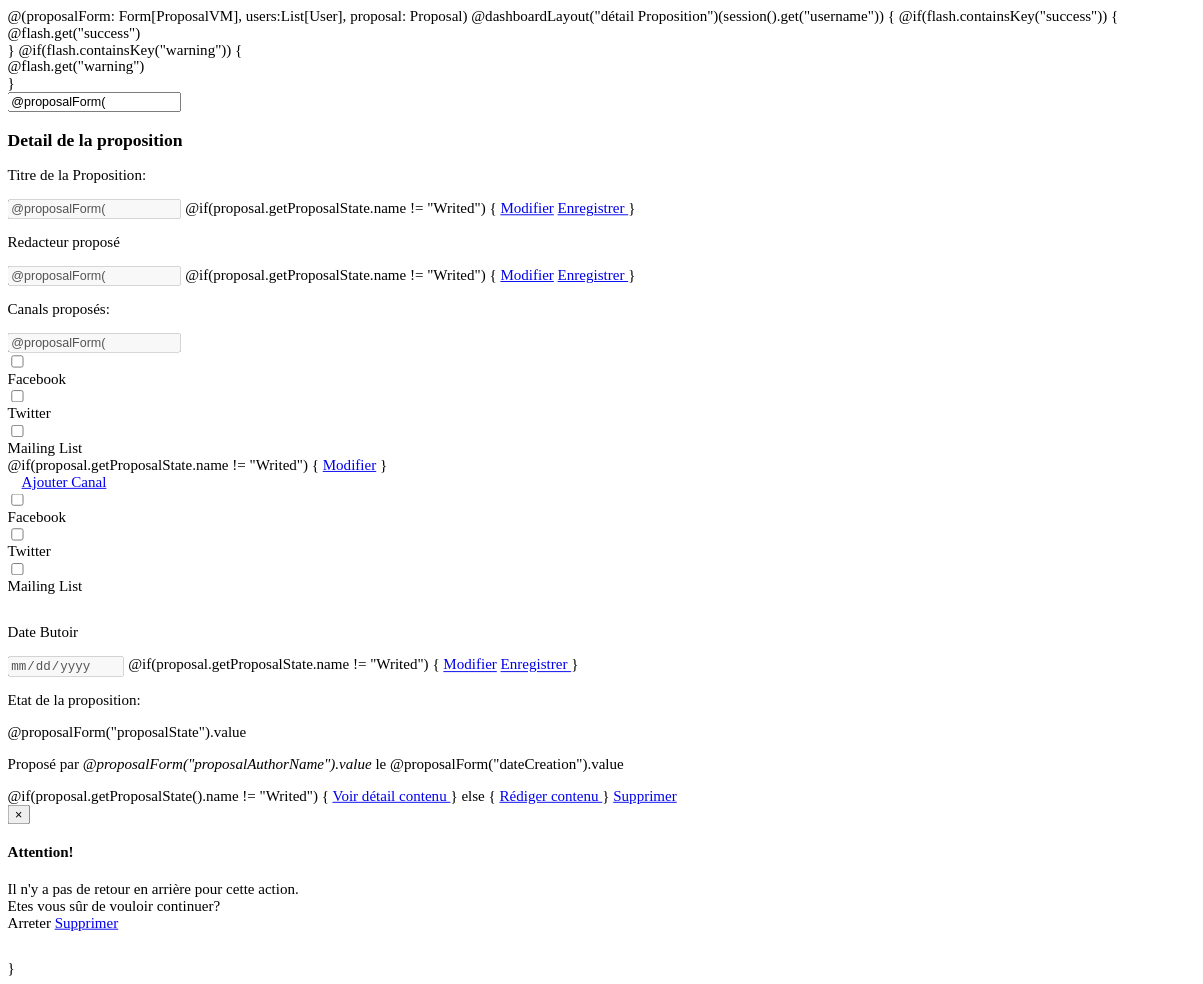
Repository: spirale-software/labo_master
Page: Application/oneDotCom/app/views/proposalDetail.scala.html
An editor plug-in stored every save of this project. The page is shown before and after the next save, followed by the edit.
The browser window is 1280 px wide. The pictures show the whole page, at 94% of full size.

Above is the page before, as saved 2017-04-18 13:05:38.
Console error: SyntaxError: Invalid or unexpected token

### Application/oneDotCom/app/views/proposalDetail.scala.html
@(proposalForm: Form[ProposalVM], users:List[User], proposal: Proposal)

@dashboardLayout("détail Proposition")(session().get("username")) {
	<meta content="text/html; charset=UTF-8" http-equiv="Content-Type">

	@if(flash.containsKey("success")) {
		<div class="alert alert-success" role="alert"> @flash.get("success") </div>
	}
	@if(flash.containsKey("warning")) {
		<div class="alert alert-warning" role="alert"> @flash.get("warning") </div>
	}

	<div class="hidden" role="alert" id="idFlash"></div>

	<form action="@routes.ProposalController.editProposalAction()" method="post" id="formId">

		 <input type="text" class="hidden" value="@proposalForm("idProposal").value"  name="@proposalForm("idProposal").name" >

	 <div class="panel panel-default detail-proposal-style">
                <div class="panel-heading">
                    <h3 class="panel-title">Detail de la proposition</h3>
                </div>
                <div class="panel-body">
                    <div class="panel panel-default" style="margin-top: 10px">
                        <div class="panel-body">
                            <p class="col-lg-3 col-md-3 ">Titre de la Proposition: </p>
                            <input type="text" class="col-lg-6 col-md-6" id="titleId" disabled
                            	value="@proposalForm("proposalName").value"  name="@proposalForm("proposalName").name">

                            @if(proposal.getProposalState.name != "Writed")	{
	                            <a class="col-lg-3 col-md-3 " href="#" onclick ="enabledTitle()" id="idEditTitle">Modifier</a>
	                            <a class="hidden" href="#" onclick ="saveTitle()" id="idSaveTitle">
	                            	Enregistrer
	                            </a>
                            }

                        </div>
                    </div>

                    <div class="panel panel-default">
                        <div class="panel-body">

                        	<p class="col-lg-3 col-md-3 ">Redacteur proposé </p>
                            <input type="text" class="col-lg-6 col-md-6" id="writerId" disabled value = "@proposalForm("proposedWriter").value"
                            	name = "@proposalForm("proposedWriter").name" list="suggestions">

                            	@if(proposal.getProposalState.name != "Writed")	{
		                            <a class="col-lg-3 col-md-3 " href="#" onclick ="enabledWriter()" id="idEditWriter">Modifier</a>
		                            <a class="hidden" href="#" onclick ="saveWriter()" id="idSaveWriter">
		                            	Enregistrer
		                            </a>
                            	}


                            <datalist id="suggestions">
                    			@for(user <- users) {
                    				<option value="@user.getUsername()   < @user.getEmail() >">
                    			}
                    		</datalist>

                        </div>
                    </div>


                    <div class="panel panel-default">
                        <div class="panel-body">

                        	<p class="col-lg-3 col-md-3 ">Canals proposés: </p>
                            <input type="text" class="col-lg-6 col-md-6" id="channelsId" disabled
                            	value="@proposalForm("proposedChannels").value"  name="@proposalForm("proposedChannels").name">


                            <div class="row proposal-collapse col-lg-6 col-md-6 hidden" id="listChannels">

							    <div class="input-group">
							      <span class="input-group-addon">
							        <input type="checkbox" name="@proposalForm("facebookProposed").name">
							      </span>
							      <div class=" form-control well well-sm">Facebook</div>
							    </div><!-- /input-group -->

							    <div class="input-group">
							      <span class="input-group-addon">
							        <input type="checkbox" name="@proposalForm("twitterProposed").name">
							      </span>
							      <div class=" form-control well well-sm">Twitter</div>
							    </div><!-- /input-group -->

							    <div class="input-group">
							      <span class="input-group-addon">
							        <input type="checkbox" name="@proposalForm("mailingListProposed").name">
							      </span>
							      <div class=" form-control well well-sm">Mailing List</div>
							    </div><!-- /input-group -->

							</div><!-- /.row -->
                   			@if(proposal.getProposalState.name != "Writed")	{
                            	<a class="col-lg-3 col-md-3" href="#" onclick ="enabledChannelsEdition()">Modifier</a>
                            }

                        </div>
                    </div>


                    <div class="panel panel-default">
                        <div class="panel-body" style="padding-bottom:15px">

                        	<a  role="button" data-toggle="collapse" href="#collapseExample" aria-expanded="false"
                        		aria-controls="collapseExample" style="margin-left:15px;">
  								Ajouter Canal
							</a>

							<div class="collapse" id="collapseExample">

  								<div class="input-group">
							      <span class="input-group-addon">
							        <input type="checkbox" name="@proposalForm("facebookAdded").name">
							      </span>
							      <div class=" form-control well well-sm">Facebook</div>
							    </div><!-- /input-group -->

							    <div class="input-group">
							      <span class="input-group-addon">
							        <input type="checkbox" name="@proposalForm("twitterAdded").name" >
							      </span>
							      <div class=" form-control well well-sm">Twitter</div>
							    </div><!-- /input-group -->

							    <div class="input-group">
							      <span class="input-group-addon">
							        <input type="checkbox" name="@proposalForm("mailingListAdded").name">
							      </span>
							      <div class=" form-control well well-sm">Mailing List</div>
							    </div><!-- /input-group -->
							</div>

                        </div>
                    </div>


                    <div class="panel panel-default">
                        <div class="panel-body">
                            <p class="col-lg-3 col-md-3 ">Date Butoir </p>
                            <input type="date" class="col-lg-6 col-md-6" id="dateId" disabled
                            	value="@proposalForm("deadLine").value"  name="@proposalForm("deadLine").name">

                            	@if(proposal.getProposalState.name != "Writed")	{
		                            <a class="col-lg-3 col-md-3 " href="#" onclick ="enabledDate()" id="idEditDate">Modifier</a>
		                            <a class="hidden" href="#" onclick ="saveDate()" id="idSaveDate">
		                            	Enregistrer
		                            </a>
                            	}

                        </div>
                    </div>

                    <div class="panel panel-default">
                        <div class="panel-body">
                            <p class="col-lg-3 col-md-3 ">Etat de la proposition: </p>
                            <p class="col-lg-9 col-md-9">@proposalForm("proposalState").value</p>
                        </div>
                    </div>

                    <div class="panel panel-default">
                        <div class="panel-body">
                            <p>Proposé par <em class="text-primary">@proposalForm("proposalAuthorName").value</em>
                             	le @proposalForm("dateCreation").value</p>
                        </div>
                    </div>


                </div>
            </div>




            <div style="margin-bottom: 30px">

	                	@if(proposal.getProposalState().name != "Writed") {
	                		<a href="@routes.ProposalContentController.detailPropContAction(proposal.getIdProposal())" class="btn btn-primary" >
	                			Voir détail contenu
	                		</a>
	                	} else {
	                		<a href="@routes.ProposalContentController.proposalContentAction(proposal.getIdProposal())" class="btn btn-primary">
	                			Rédiger contenu
	                		</a>
	                	}



	               		<a href="#" class="btn btn-danger" name="action" value="delete"  id="sup"
	               			data-toggle="modal" data-target="#myModal">
	               			Supprimer
	               		</a>

	               		<!-- [Modal] -->
						<div class="modal fade" id="myModal" tabindex="-1" role="dialog" aria-labelledby="myModalLabel">
						  <div class="modal-dialog" role="document">
						    <div class="modal-content">
						      <div class="modal-header">
						        <button type="button" class="close" data-dismiss="modal" aria-label="Close"><span aria-hidden="true">&times;</span></button>
						        <h4 class="modal-title" id="myModalLabel">Attention!</h4>
						      </div>
						      <div class="modal-body">
						        Il n'y a pas de retour en arrière pour cette action.<br>
						        Etes vous sûr de vouloir continuer?
						      </div>
						      <div class="modal-footer">
						        <a type="button" class="btn btn-primary" data-dismiss="modal">Arreter</a>
						        <a href = "@routes.ProposalController.deleteProposalAction(proposalForm("idProposal").value)"
						        	type="button" class="btn btn-danger">Supprimer</a>
						      </div>
						    </div>
						  </div>
						</div>
						<!-- [/Modal] -->

                    </div>








            </form>

            <script>
            	<!-- Title-->
            	function enabledTitle() {
            		enabled("titleId", "idSaveTitle", "idEditTitle");
            	}
            	function saveTitle() {
            		save("titleId", "idSaveTitle", "idEditTitle");
            		var newValue = document.getElementById("titleId").value;
            		saveTitleAjax("title", newValue);
            	}
            	<!-- /Title-->


            	<!-- Proposed Writer -->
            	function enabledWriter() {
            		enabled("writerId", "idSaveWriter", "idEditWriter")
            	}
            	function saveWriter() {
            		save("writerId", "idSaveWriter", "idEditWriter");
            		var newValue = document.getElementById("writerId").value;
            		saveTitleAjax("writer", newValue);
            	}
            	<!-- /Proposed Writer -->


            	<!-- dateLine -->
            	function enabledDate() {
            		enabled("dateId", "idSaveDate", "idEditDate");
            	}

            	function saveDate() {
            		save("dateId", "idSaveDate", "idEditDate");
            		var newValue = document.getElementById("dateId").value;
            		saveTitleAjax("date", newValue);
            	}
            	<!-- /dateLine -->


            	<!-- Channels -->
            	function enabledChannelsEdition() {
            		document.getElementById("channelsId").hidden = true;
            		document.getElementById("listChannels").className = "row proposal-collapse col-lg-6 col-md-6";
            	} <!-- /Channels -->

            	function enabled(inputId, saveId, editId) {
					document.getElementById(inputId).disabled = false;

            		document.getElementById(saveId).hidden = false;
            		document.getElementById(saveId).className = "col-lg-3 col-md-3"

            		document.getElementById(editId).hidden = true;
            	}

            	function save(inputId, saveId, editId) {
            		document.getElementById(saveId).hidden = true;
            		document.getElementById(inputId).disabled = true;

            		document.getElementById(editId).hidden = false;
            		document.getElementById(editId).className = "col-lg-3 col-md-3";
            	}

            	<!---------------------------- AJAX --------------------------->
            	<!------------------------------------------------------------->

            	function saveTitleAjax(fieldName, newValue) {
            		  var xhttp = new XMLHttpRequest();
            		  xhttp.onreadystatechange = function() {
            		    if (this.readyState == 4 && this.status == 200) {
            		    	if(this.responseText == "erreur") {
            		    		document.getElementById("idFlash").className = "alert alert-danger";
            		    		var erreur = "Il doit y avoir un rédacteur assigné pour pouvoir mettre un date butoir";
                		    	document.getElementById("idFlash").innerHTML = erreur;
            		    	} else {
            		    		document.getElementById("idFlash").className = "alert alert-success";
                		    	document.getElementById("idFlash").innerHTML = this.responseText;
            		    	}
            		    }
            		  };
            		  xhttp.open("GET","http://localhost:9000/proposition/modifier/" + @proposal.getIdProposal + "/" + fieldName + "/" + newValue, true);
            		  xhttp.send();
            		}

            </script>




}

After the next save:
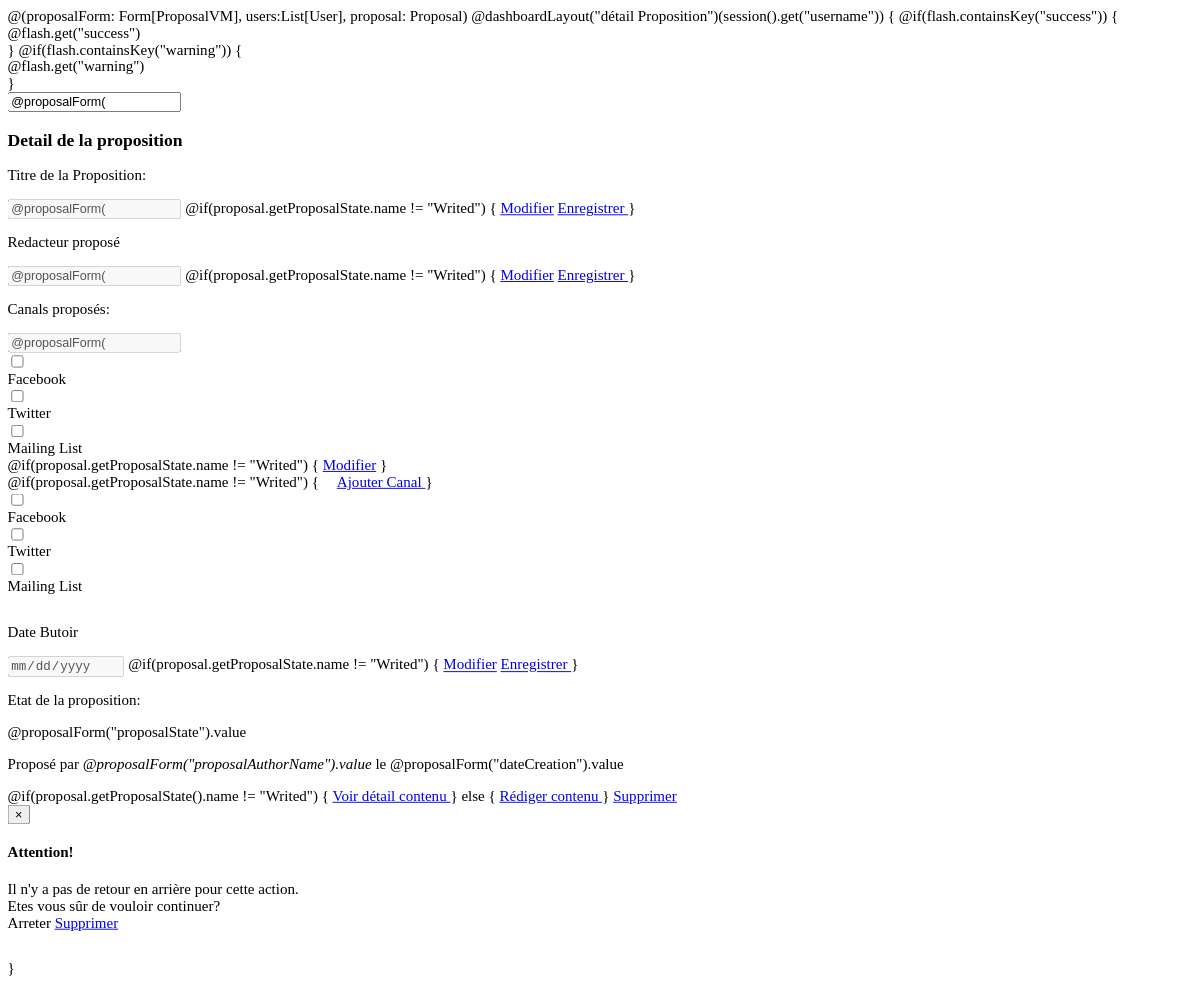
Saved 101 s later.
--- a/Application/oneDotCom/app/views/proposalDetail.scala.html
+++ b/Application/oneDotCom/app/views/proposalDetail.scala.html
@@ -104,11 +104,12 @@
 
                     <div class="panel panel-default">
                         <div class="panel-body" style="padding-bottom:15px">
-
-                        	<a  role="button" data-toggle="collapse" href="#collapseExample" aria-expanded="false"
-                        		aria-controls="collapseExample" style="margin-left:15px;">
-  								Ajouter Canal
-							</a>
+                        	@if(proposal.getProposalState.name != "Writed")	{
+	                        	<a  role="button" data-toggle="collapse" href="#collapseExample" aria-expanded="false"
+	                        		aria-controls="collapseExample" style="margin-left:15px;">
+	  								Ajouter Canal
+								</a>
+							}
 
 							<div class="collapse" id="collapseExample">
 
